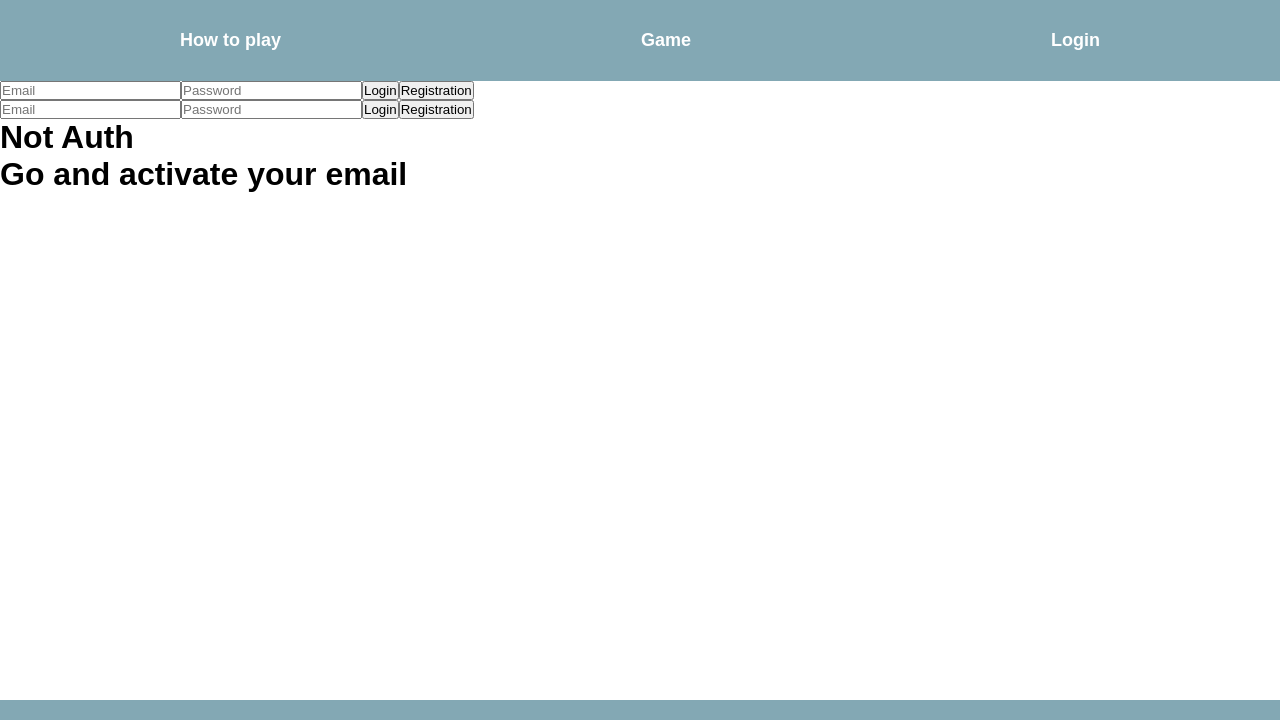
Repository: nika-otter/2048
Page: /login (app in client/)
An editor plug-in stored every save of this project. The page is shown before and after the next save, followed by the edit.
The browser window is 1280 px wide. The pictures show the whole page.
The project was rebuilt for these pictures with package versions that can differ from the ones it lists, and the page was loaded fresh each time. Also part of the build but not shown: client/src/pages/account/index.jsx, client/src/components/GamePage/GamePage.module.scss, client/src/components/ScoreTable/ScoreTable.module.scss, client/src/components/ScoreTable/ScoreTable.jsx, client/src/components/Game/Tile.jsx, client/src/components/Game/Cell.jsx, client/src/helper/index.js, client/src/hooks/useEvent.jsx and 9 more.

Above is the page before, as saved 2023-04-30 17:30:54.

After the next save:
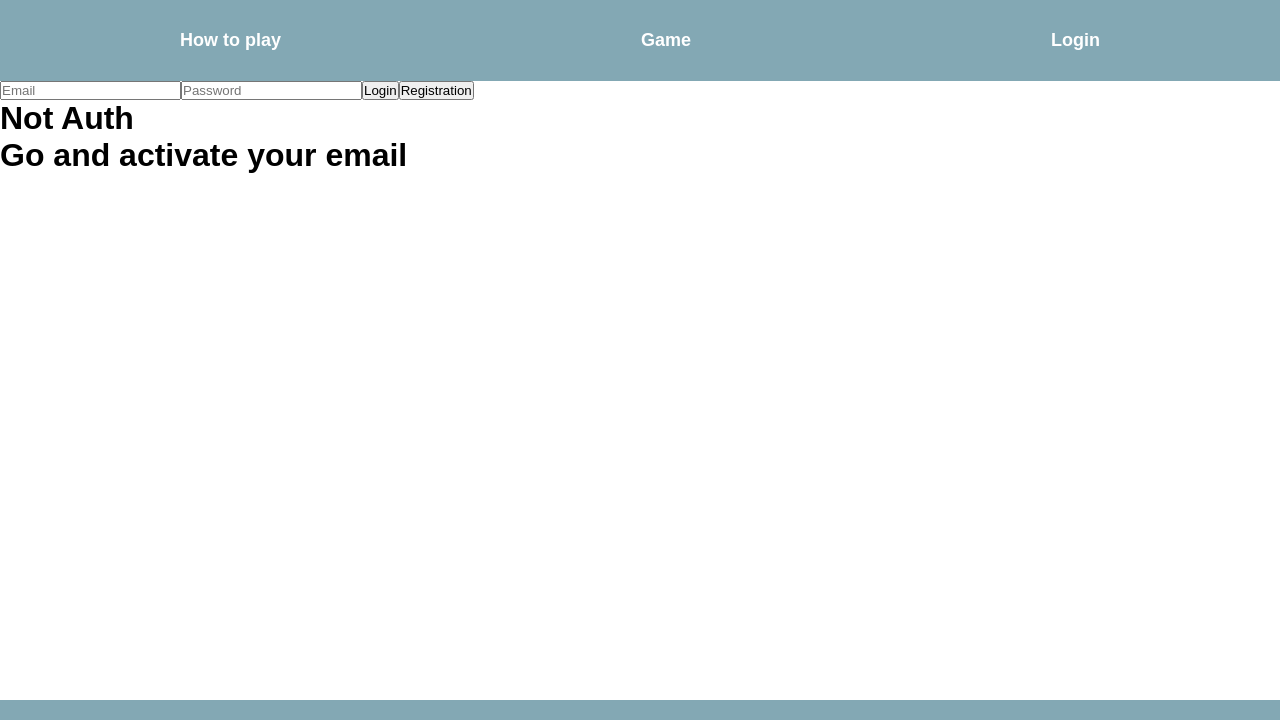
Saved 2 min 40 s later.
--- a/client/src/components/Login/LoginInfo.jsx
+++ b/client/src/components/Login/LoginInfo.jsx
@@ -21,7 +21,7 @@ function LoginInfo() {
   }
   return (
     <>
-      {store.isAuth ? <> </> : <LoginForm />}
+      {/* {store.isAuth ? <> </> : <LoginForm />} */}
 
       <h1>{store.isAuth ? `User: ${store.user.email}` : "Not Auth"}</h1>
       <h1>
